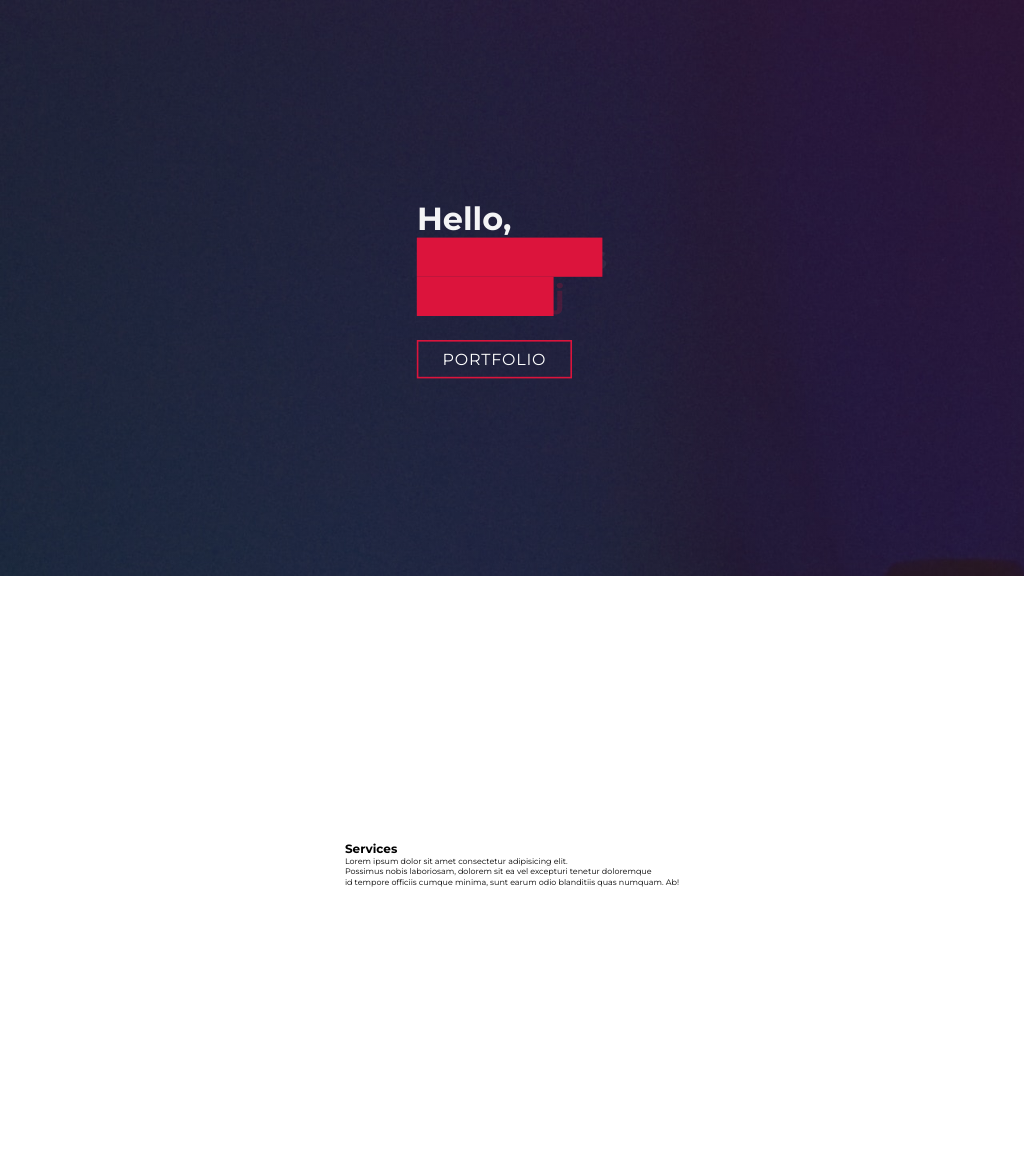
Repository: MintuKrishnan/subrahmanyam-batch
Page: front-end/deshraj/index.html
An editor plug-in stored every save of this project. The page is shown before and after the next save, followed by the edit.
The browser window is 1280 px wide. The pictures show the whole page, at 80% of full size.

Above is the page before, as saved 2021-03-08 09:47:35.

### front-end/deshraj/index.html
<!DOCTYPE html>
<html lang="en">
  <head>
    <meta charset="UTF-8" />
    <meta http-equiv="X-UA-Compatible" content="IE=edge" />
    <meta name="viewport" content="width=device-width, initial-scale=1.0" />
    <link rel="stylesheet" href="style.css" />
    <title>My Website</title>
  </head>
  <body>
    <!-- hero section-->
    <section id="hero">
      <div class="hero container">
        <div>
          <h1>Hello,<span></span></h1>
          <h1>My name is <span></span></h1>
          <h1>Desh Raj <span></span></h1>
          <a href="#" type="button" class="cta">Portfolio</a>
        </div>
      </div>
    </section>
    <!-- End of hero section -->

    <!--Sevice section-->
    <section id="services">
      <div class="service container">
        <div class="service-top">
          <h1 class="section-title">Serv<span>i</span>ces</h1>
          <p>
            Lorem ipsum dolor sit amet consectetur adipisicing elit.<br />
            Possimus nobis laboriosam, dolorem sit ea vel excepturi tenetur
            doloremque <br />
            id tempore officiis cumque minima, sunt earum odio blanditiis quas
            numquam. Ab!
          </p>
        </div>
        <div class="service-bottom">
          <div class="service-item"></div>
        </div>
      </div>
    </section>

    <!--End sevice section-->
  </body>
</html>

### front-end/deshraj/style.css
@import url('https://fonts.googleapis.com/css2?family=Montserrat:wght@300;400;700&display=swap');

* {
  padding: 0;
  margin: 0;
  box-sizing: border-box;
}
html {
  font-size: 10px;
  font-family: 'Montserrat', sans-serif;
}
a {
  text-decoration: none;
}
.container {
  min-height: 100vh;
  width: 100%;
  display: flex;
  align-items: center;
  justify-content: center;
}

/* hero section */
#hero {
  /* background-image: url(./siteimg.jpg); */
  background-image: linear-gradient(
      45deg,
      rgba(145, 146, 122, 0.158),
      rgba(217, 91, 133, 0.178)
    ),
    url('./siteimg.jpg');
  /* background-image: url('./siteimg.jpg');
  background-size: cover; */
  /* background-position: top center;
  position: relative; */
  /* z-index: 1; */
}

/* #hero::after {
  content: '';
  position: absolute;
  left: 0;
  top: 0;
  height: 100%;
  width: 100%;
  background-color: black;
  opacity: 0.7;
  z-index: -1;
} */
/* #hero .hero{
    max-width: 1200px;
    margin: 0 auto;
    padding: 0 50px;
    justify-content: flex-start;
} */
#hero h1 {
  display: block;
  width: fit-content;
  font-size: 4rem;
  position: relative;
  color: transparent;
  animation: text_reveal 3s ease forwards;
  animation-delay: 3s;
}
#hero h1:nth-child(1) {
  animation-delay: 2.8s;
}
#hero h1:nth-child(2) {
  animation-delay: 4.8s;
}
#hero h1:nth-child(3) {
  animation: text_reveal_name 3s ease forwards;
  animation-delay: 4.5s;
}
#hero h1 span {
  position: absolute;
  top: 0;
  left: 0;
  height: 100%;
  width: 0%;
  background-color: crimson;
  animation: text_reveal_box 3s ease;
  animation-delay: 3s;
}
#hero h1:nth-child(1) span {
  animation-delay: 2s;
}
#hero h1:nth-child(2) span {
  animation-delay: 3.8s;
}
#hero h1:nth-child(3) span {
  animation-delay: 4s;
}
#hero .cta {
  display: inline-block;
  padding: 10px 30px;
  color: white;
  background-color: transparent;
  border: 2px solid crimson;
  font-size: 2rem;
  text-transform: uppercase;
  letter-spacing: 0.1rem;
  margin-top: 30px;
  transition: 0.3s ease;
  transition-property: background-color, color;
}
#hero .cta:hover {
  color: white;
  background-color: crimson;
}
/* end hero section */

/* keyframs */
@keyframes text_reveal_box {
  50% {
    width: 100%;
    left: 0;
  }
  100% {
    width: 0;
    left: 100%;
  }
}
@keyframes text_reveal {
  100% {
    color: white;
  }
}
@keyframes text_reveal_name {
  100% {
    color: crimson;
    font-weight: 700;
  }
}
/* End keyframs */

After the next save:
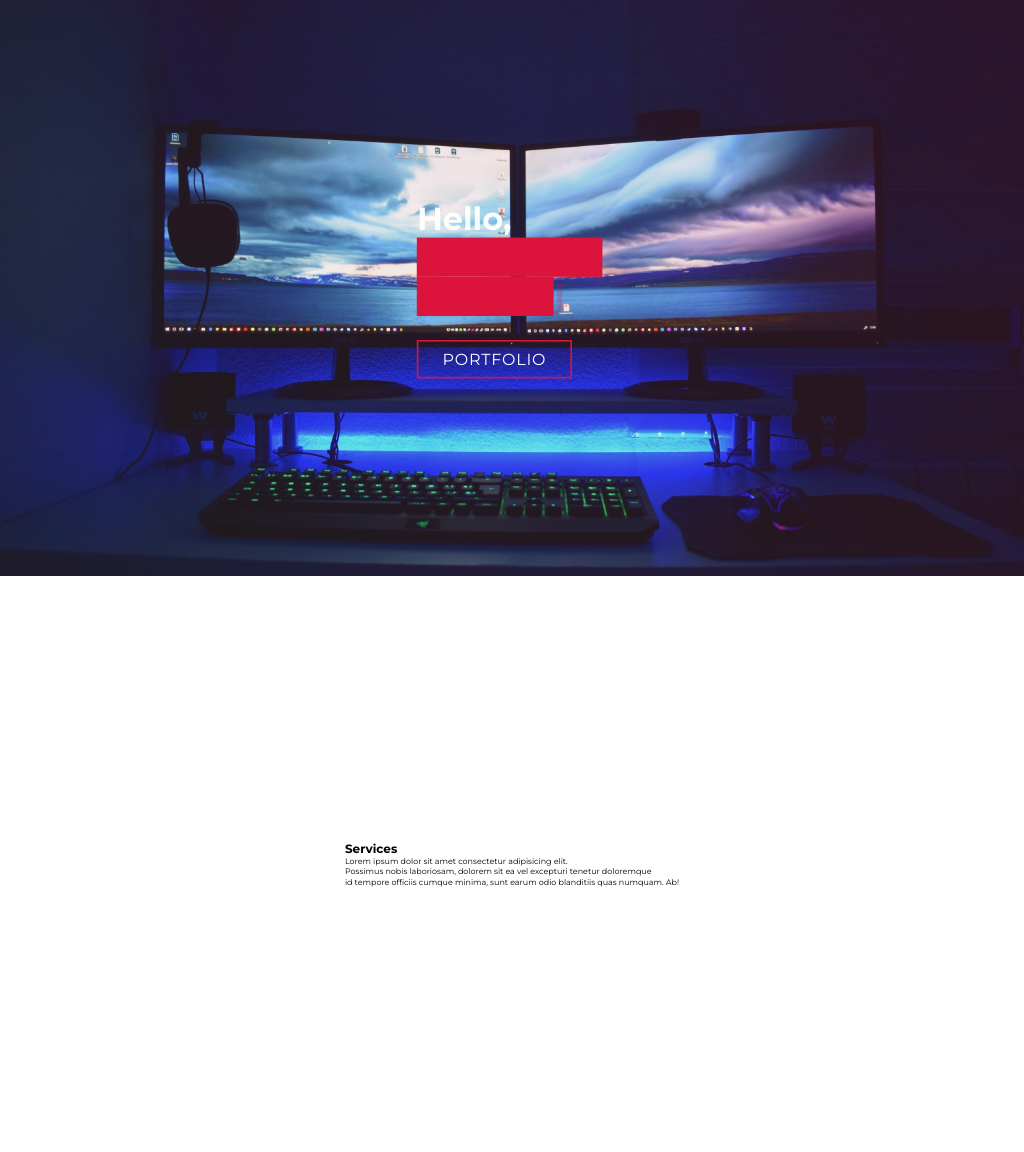
Saved 11 s later.
--- a/front-end/deshraj/style.css
+++ b/front-end/deshraj/style.css
@@ -29,8 +29,8 @@ a {
       rgba(217, 91, 133, 0.178)
     ),
     url('./siteimg.jpg');
-  /* background-image: url('./siteimg.jpg');
-  background-size: cover; */
+  /* background-image: url('./siteimg.jpg');*/
+  background-size: cover;
   /* background-position: top center;
   position: relative; */
   /* z-index: 1; */
